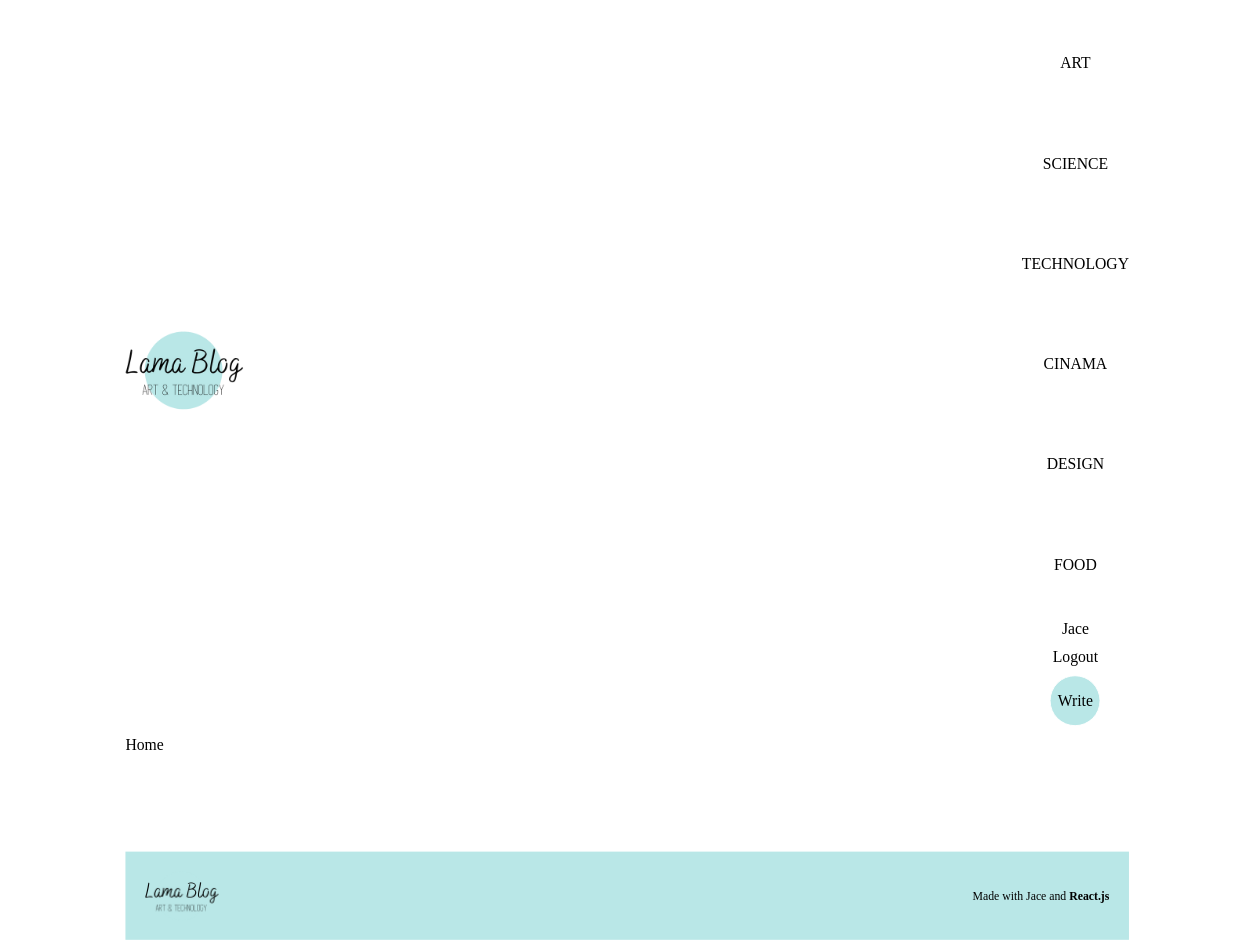
Repository: Jace9999/V-Blog
Page: / (app in client/)
The author's editor kept a copy of each file at every save. The page is drawn from the files as they stood at one save, then again after the next save.
The browser window is 1280 px wide. The pictures show the whole page, at 98% of full size.
The project was rebuilt for these pictures with package versions that can differ from the ones it lists, and the page was loaded fresh each time. Also part of the build but not shown: client/vite.config.js, client/src/pages/Register.jsx, client/src/pages/Single.jsx, client/src/pages/Write.jsx, client/src/pages/Login.jsx.

Above is the page before, as saved 2023-08-03 07:56:08.

### client/src/App.jsx
import {
  createBrowserRouter,
  RouterProvider,
  Route,
  Outlet,
} from "react-router-dom"

import { Register } from "./pages/Register";
import { Home } from "./pages/Home";
import { Single } from "./pages/Single";
import { Write } from "./pages/Write";
import { Login } from "./pages/Login";
import { Navbar } from "./components/Navbar";
import { Footer } from "./components/Footer";
import "./style.scss"

const Layout = ()=>{
  return (
    <>
    <Navbar/>
    <Outlet/>
    <Footer/>
    </>
  );
};

const router = createBrowserRouter([
  {
    path: "/",
    element: <Layout/>,
    children:[
      {
       path:"/",
        element:<Home/>
      },
      {
        path:"/post/:id",
        element:<Single/>
      },
      {
        path:"/write",
        element:<Write/>
      }
  ]
  },
  {
    path: "/register",
    element: <Register/>
  },
  {
    path: "/single",
    element: <Single/>
  },
  {
    path: "/write",
    element: <Write/>
  },
  {
    path: "/login",
    element: <Login/>
  },
  {
    path: "/home",
    element: <Home/>
  }

]);



function App() {
  return (
    <div className="app">
      <div className="container">

        <RouterProvider router= {router}/>

      </div>
    </div>);
}



export default App;

### client/src/components/Navbar.jsx
import React from 'react'
import Logo from "../image/logo.png"
import {Link} from 'react-router-dom'

export const Navbar = () => {
  return (
    <div className='navbar'>
        <div className='container'>
            <div className='logo'><img src={Logo} alt=""></img></div>
            <div className='links'>
                <Link className='link' to="/?cat=art"><h6>ART</h6></Link>
                <Link className='link' to="/?cat=science"><h6>SCIENCE</h6></Link>
                <Link className='link' to="/?cat=technology"><h6>TECHNOLOGY</h6></Link>
                <Link className='link' to="/?cat=cinema"><h6>CINAMA</h6></Link>
                <Link className='link' to="/?cat=design"><h6>DESIGN</h6></Link>
                <Link className='link' to="/?cat=food"><h6>FOOD</h6></Link>
                <span>Jace</span>
                <span>Logout</span>
                <span className='write'>
                    <Link className="link" to="/write">Write</Link>
                </span>
            </div>
        </div>
    </div>
  )
}

### client/src/components/Footer.jsx
import React from 'react'
import Logo from "../image/logo.png"

export const Footer = () => {
  return (
    <footer>
        <img src={Logo} alt=""/>
        <span>
            Made with Jace and <b>React.js</b>
        </span>
    </footer>
  )
}

### client/src/style.scss
$lightGreen: #b9e7e7;

.app {
  display: flex;
  justify-content: center;
  .container {
    width: 1024px;

    .link {
      text-decoration: none;
      color: inherit;
    }
    //LOGIN & REGISTER

    .auth {
      display: flex;
      flex-direction: column;
      align-items: center;
      justify-content: center;
      height: 100vh;
      background-color: $lightGreen;

      h1 {
        font-size: 20px;
        color: teal;
        margin-bottom: 20px;
      }

      form {
        display: flex;
        flex-direction: column;
        padding: 50px;
        background-color: white;
        width: 200px;
        gap: 20px;

        input {
          padding: 10px;
          border: none;
          border-bottom: 1px solid gray;
        }

        button {
          padding: 10px;
          border: none;
          background-color: teal;
          cursor: pointer;
          color: white;
        }

        p {
          font-size: 12px;
          color: red;
          text-align: center;
        }

        span {
          font-size: 12px;
          text-align: center;
        }
      }
    }

    //NAVBAR

    .navbar {
      .container {
        padding: 10px 0px;
        display: flex;
        align-items: center;
        justify-content: space-between;
        .logo {
          img {
            width: 120px;
          }
        }
        .links {
          display: flex;
          flex-direction: column;
          align-items: center;
          gap: 10px;

          h6 {
            font-size: 16px;
            font-weight: 300;
          }

          span {
            cursor: pointer;
          }

          .write {
            background-color: $lightGreen;
            width: 50px;
            height: 50px;
            border-radius: 50%;
            display: flex;
            align-items: center;
            justify-content: center;
            font-weight: 300;
            border: 1px solid white;

            &:hover {
              color: teal;
              background-color: white;
              border: 1px solid teal;
            }
          }
        }
      }
    }

    //FOOTER

    footer {
      margin-top: 100px;
      padding: 20px;
      background-color: $lightGreen;
      display: flex;
      align-items: center;
      justify-content: space-between;
      font-size: 12px;
      img {
        height: 50px;
      }
    }

    //HOME

    .home {
      .posts {
        margin-top: 50px;
        display: flex;
        flex-direction: column;
        gap: 150px;

        .post {
          display: flex;
          gap: 100px;

          &:nth-child(2n + 1) {
            flex-direction: row-reverse;
          }

          .img {
            flex: 2;
            position: relative;

            &::after {
              content: "";
              width: 100%;
              height: 100%;
              background-color: $lightGreen;
              position: absolute;
              top: 20px;
              left: -20px;
              z-index: -1;
            }

            img {
              width: 100%;
              max-height: 400px;
              object-fit: cover;
            }
          }

          .content {
            flex: 3;
            display: flex;
            flex-direction: column;
            justify-content: space-between;

            h1 {
              font-size: 48px;
            }

            p {
              font-size: 18px;
            }

            button {
              width: max-content;
              padding: 10px 20px;
              border: none;
              cursor: pointer;
              background-color: white;
              border: 1px solid teal;
              color: teal;

              &:hover {
                border: 1px solid white;
                background-color: $lightGreen;
                color: black;
              }
            }
          }
        }
      }
    }

    //SINGLE

    .single {
      display: flex;
      gap: 50px;

      .content {
        flex: 5;
        display: flex;
        flex-direction: column;
        gap: 30px;

        img {
          width: 100%;
          height: 300px;
          object-fit: cover;
        }

        .user {
          display: flex;
          align-items: center;
          gap: 10px;
          font-size: 14px;
          img {
            width: 50px;
            height: 50px;
            border-radius: 50%;
            object-fit: cover;
          }

          span {
            font-weight: bold;
          }
        }

        .edit {
          display: flex;
          gap: 5px;

          img {
            width: 20px;
            height: 20px;
            cursor: pointer;
          }
        }

        h1 {
          font-size: 42px;
          color: #333;
        }

        p {
          text-align: justify;
          line-height: 30px;
        }
      }
      .menu {
        flex: 2;
        display: flex;
        flex-direction: column;
        gap: 25px;

        h1 {
          font-size: 20px;
          color: #555;
        }

        .post {
          display: flex;
          flex-direction: column;
          gap: 10px;

          img {
            width: 100%;
            height: 200px;
            object-fit: cover;
          }

          h2 {
            color: #555;
          }

          button {
            width: max-content;
            padding: 7.5px 15px;
            border: none;
            cursor: pointer;
            color: teal;
            background-color: white;
            border: 1px solid teal;

            &:hover {
              border: 1px solid white;
              background-color: $lightGreen;
              color: black;
            }
          }
        }
      }
    }

    //WRITE

    .add {
      margin-top: 20px;
      display: flex;
      gap: 20px;

      .content {
        flex: 5;
        display: flex;
        flex-direction: column;
        gap: 20px;

        input {
          padding: 10px;
          border: 1px solid lightgray;
        }

        .editorContainer {
          height: 300px;
          overflow: scroll;
          border: 1px solid lightgray;

          .editor {
            height: 100%;
            border: none;
          }
        }
      }

      .menu {
        flex: 2;
        display: flex;
        flex-direction: column;
        gap: 20px;

        .item {
          border: 1px solid lightgray;
          padding: 10px;
          flex:1;
          display: flex;
          flex-direction: column;
          justify-content: space-between;
          font-size: 12px;
          color: #555;

          h1{
            font-size: 20px;
          }

          .file{
            text-decoration: underline;
            cursor: pointer;
          }

          .buttons{
            display: flex;
            justify-content: space-between;

            :first-child{
              cursor: pointer;
              color: teal;
              background-color: white;
              border: 1px solid teal;
              padding: 3px 5px;
            }
            :last-child{
              cursor: pointer;
              color: white;
              background-color: teal;
              border: 1px solid teal;
              padding: 3px 5px;
            }
          }

          .cat{
            display: flex;
            align-items: center;
            gap: 2px;
            color: teal;
          }
        }
      }
    }
  }
}

Loaded but not shown: client/index.html (common file); client/src/main.jsx (common file); client/src/pages/Home.jsx (common file)

After the next save:
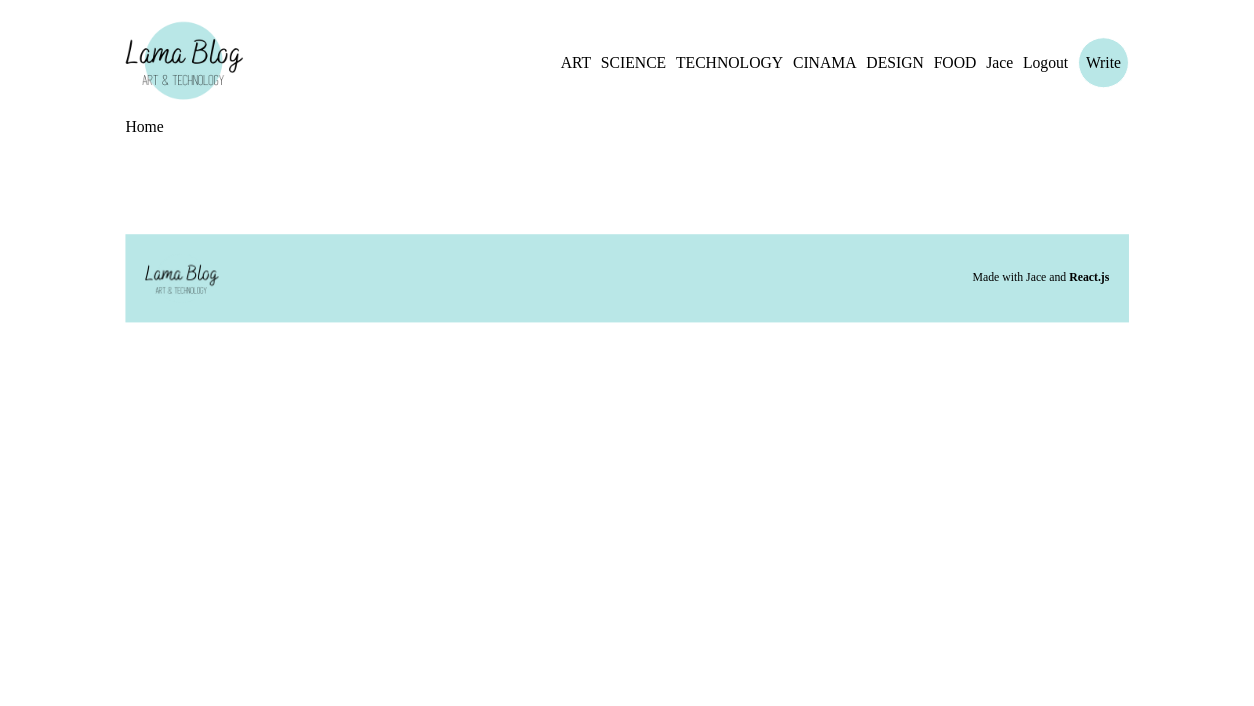
Saved 6 s later.
--- a/client/src/style.scss
+++ b/client/src/style.scss
@@ -76,7 +76,6 @@ $lightGreen: #b9e7e7;
         }
         .links {
           display: flex;
-          flex-direction: column;
           align-items: center;
           gap: 10px;
 
